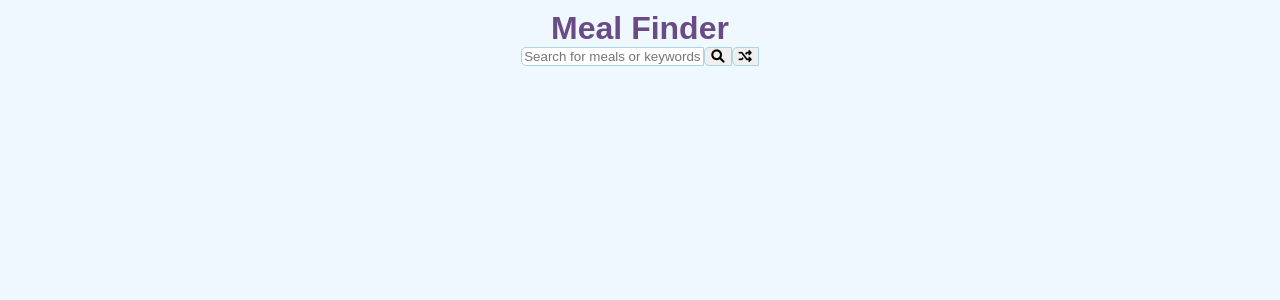
Repository: AbrorjonKuchkarov/search-meal
Page: index.html
These files come from the project's save history. The page is drawn as it stood at one moment and after the next save; the edit follows.
The browser window is 1280 px wide. The pictures show the whole page.

Above is the page before, as saved 2022-02-24 23:18:47.

### index.html
<!DOCTYPE html>
<html lang="en">
<head>
   <meta charset="UTF-8">
   <meta http-equiv="X-UA-Compatible" content="IE=edge">
   <meta name="viewport" content="width=device-width, initial-scale=1.0">
   <link rel="stylesheet" href="style.css">
   <link rel="stylesheet" href="https://cdnjs.cloudflare.com/ajax/libs/font-awesome/6.0.0/css/all.min.css">
   <title>Meal Finder</title>
</head>
<body>
   <div class="container">
      <h1>Meal Finder</h1>
      <div class="flex">
         <form id="submit" class="flex" >
            <input type="text" class="search" placeholder="Search for meals or keywords">
            <button id="searchBtn" type="submit" >
               <i class="fas fa-search"></i>
            </button>
         </form>
         <button class="randomBtn" id="random">
            <i class="fas fa-random"></i>
         </button>
      </div>

      <div id="result-handling"></div>
      <div id="meals" class="meals"></div>
      <div id="single-meal"></div>
   </div>


<script src="app.js"></script>
</body>
</html>

### style.css
*{
   box-sizing: border-box;
   margin: 0;
}

body{
   font-family: Arial, Helvetica, sans-serif;
   background-color: aliceblue;
   padding: 10px;
   color: rgb(105, 76, 133);
}

.container{
   margin: auto;
   max-width: 800px;
   display: flex;
   flex-direction: column;
   align-items: center;
   justify-content: center;
   text-align: center;
}

.flex{
   display: flex;
}

input, button{
   margin: 0;
   border: 1px solid rgb(171, 212, 228);
   border-top-left-radius: 5px;
   border-bottom-left-radius: 5px;
}

Loaded but not shown: app.js (no copy from this time; the picture is the same without it)

After the next save:
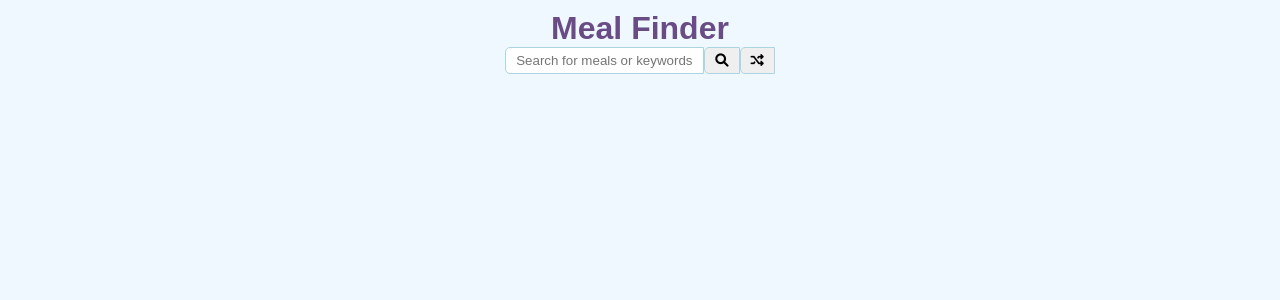
Saved 9 s later.
--- a/style.css
+++ b/style.css
@@ -29,4 +29,5 @@ input, button{
    border: 1px solid rgb(171, 212, 228);
    border-top-left-radius: 5px;
    border-bottom-left-radius: 5px;
+   padding: 5px 10px;
 }
